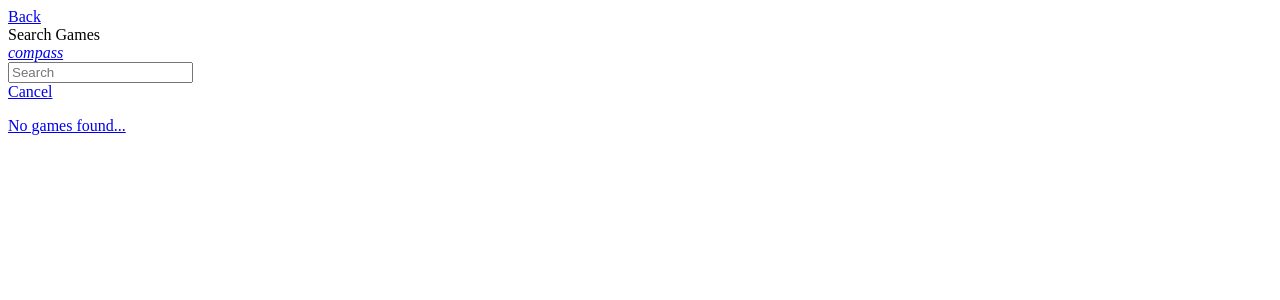
Repository: henrylkirk/BreadCrumbs
Page: phonegap/scavenger_app/www/search.html
The author's editor kept a record of every edit. The page is drawn from the files as they stood at one moment, then again after the next edit.
The browser window is 1280 px wide. The pictures show the whole page.

Above is the page before.

After the next edit:
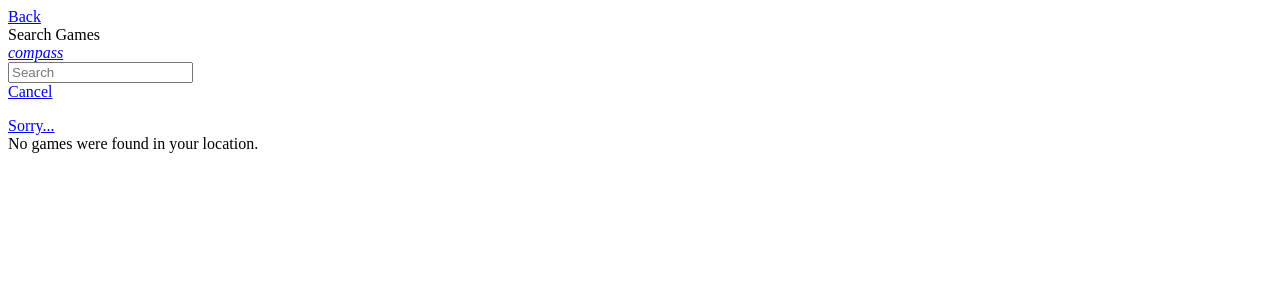
The edit:
--- a/phonegap/scavenger_app/www/search.html
+++ b/phonegap/scavenger_app/www/search.html
@@ -31,7 +31,10 @@
     <!-- This block will be displayed if nothing found -->
     <div class="content-block searchbar-not-found">
       <div class="card">
-        <div class="card-header"><a href="game.html">No games found...</a></div>
+        <div class="card-header"><a href="game.html">Sorry...</a></div>
+        <div class="card-content">
+          <div class="card-content-inner">No games were found in your location.</div>
+        </div>
       </div>
     </div>
 
